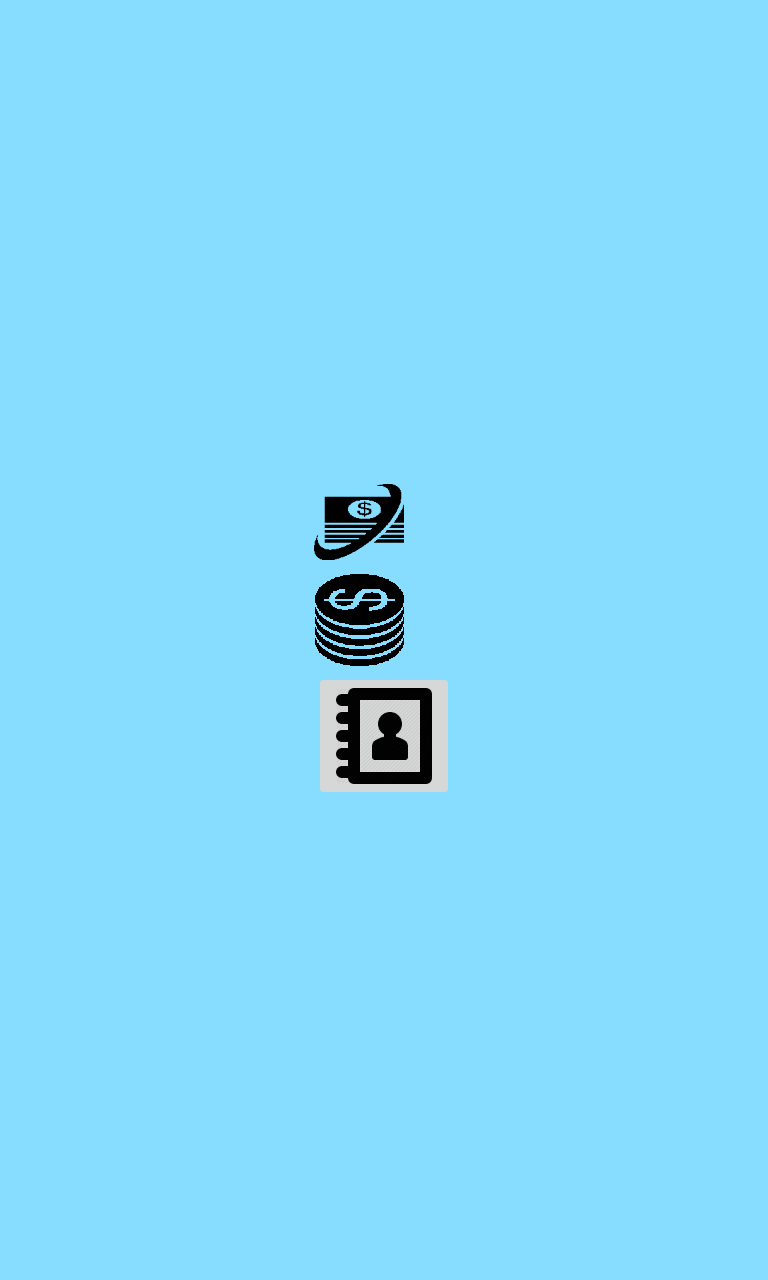
Repository: wisingd/Dajoroli
Layout: Workspace/SplitIt/res/layout/fragment_main.xml
An editor plug-in stored every save of this project. The layout is shown before and after the next save, followed by the edit.
It is drawn on a 768 x 1280 px phone screen (xhdpi) without system bars, with theme AppTheme; the app's code is not run.

Above is the layout before, as saved 2014-05-17 12:47:56.

After the next save:
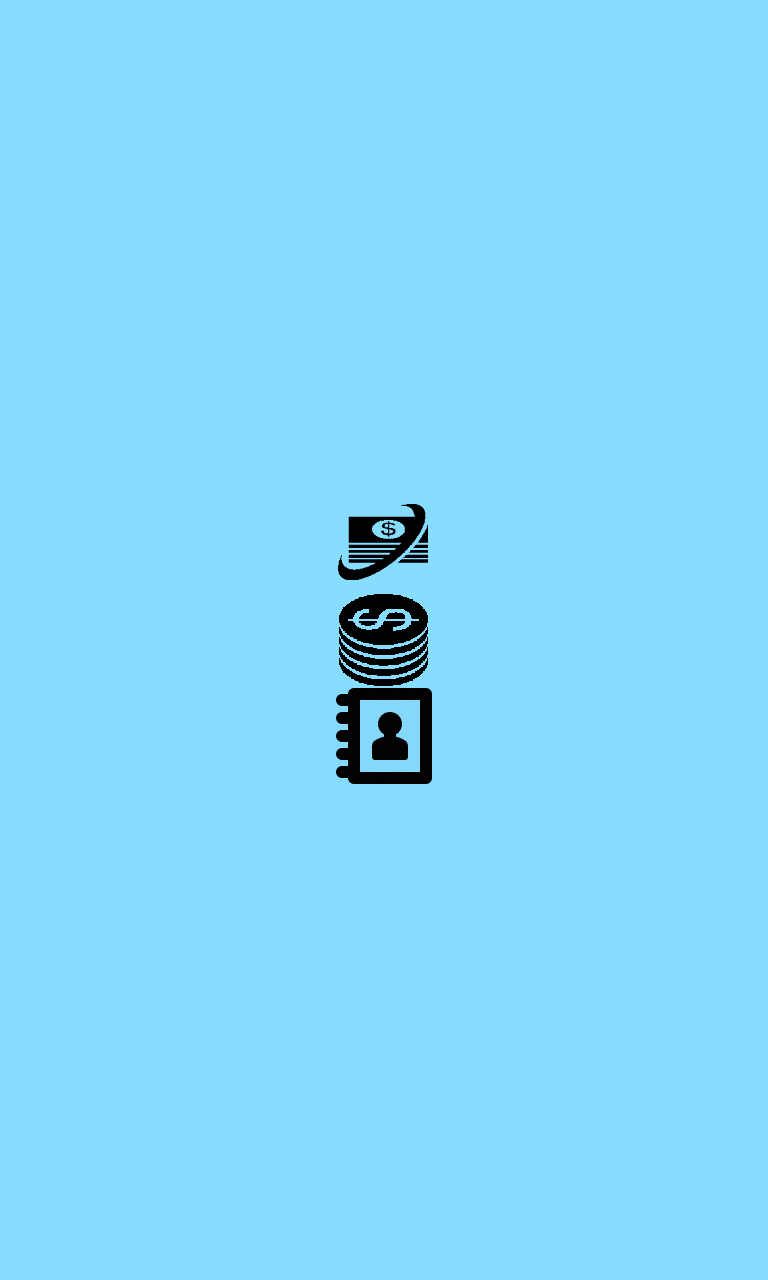
Saved 65 s later.
--- a/Workspace/SplitIt/res/layout/fragment_main.xml
+++ b/Workspace/SplitIt/res/layout/fragment_main.xml
@@ -32,7 +32,8 @@
             android:layout_width="wrap_content"
             android:layout_height="wrap_content"
             android:onClick="startContactMenu"
-            android:src="@drawable/wygj" />
+            android:src="@drawable/wygj"
+            android:background="@android:color/transparent" />
     </LinearLayout>
 
 </RelativeLayout>
